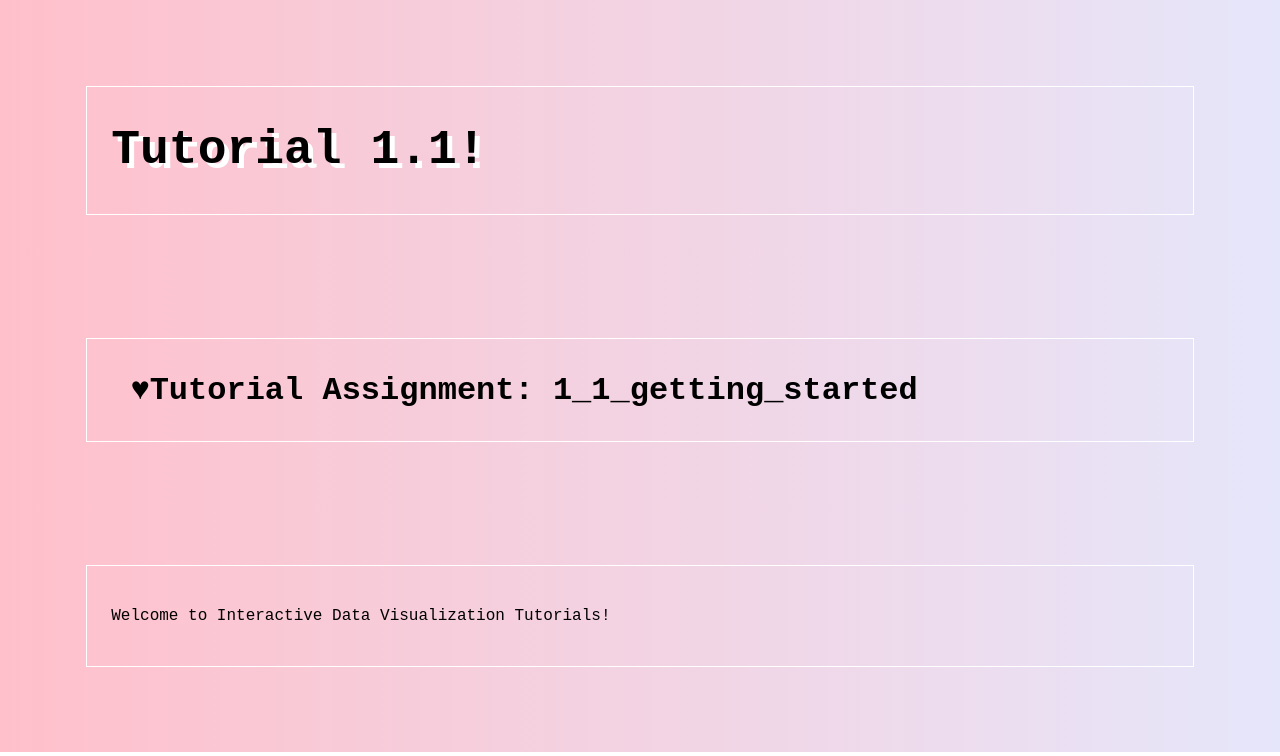
Repository: lisjak/Interactive-Data-Vis-Fall2022
Page: 1_1_getting_started/index.html
These files come from the project's save history. The page is drawn as it stood at one moment and after a run of saves; the edit follows.
The browser window is 1280 px wide. The pictures show the whole page.
Some web fonts or font styles are not loaded; a fallback is used.

Above is the page before, as saved 2022-09-04 21:55:21.

### 1_1_getting_started/index.html
<!DOCTYPE html>

<head>
    <meta charset="utf-8">

    <title>Interactive Data Visualization Tutorial</title>

    <link rel="stylesheet" href="https://fonts.googleapis.com/css?family=Source+Sans+Pro">

    <link href="https://fonts.googleapis.com/css2?family=Azeret+Mono&display=swap" rel="stylesheet">

    <link rel="stylesheet" href="./style.css">
</head>

<body>
    <div>
        <h1>Tutorial 1.1!</h1>
    </div>
    <div>
        <h3> &#65039; &hearts;Tutorial Assignment: 1_1_getting_started </h3>
    </div>
    <div>
        <p>Welcome to Interactive Data Visualization Tutorials! </p>
    </div>
</body>

</html>

### 1_1_getting_started/style.css
body {
    background-image: linear-gradient(to right, pink, lavender);
    font-family: 'Azeret Mono', monospace;
    font-size: 16px;
    padding: 1em;
    display: flex;
    flex-direction: column;
}

div {
    /* min-width: 100%; */
    align-items: center;
    justify-content: center;
    border: 1px solid white;
    padding: 2%;
    margin: 5%;
}

h1 {
    font-size: 3em;
    margin: 0.25em 0;
    text-shadow: 5px 5px 0px white;
}

h3 {
    font-size: 2em;
    margin: 0.25em 0;
}

p {
    font-size: 1em;
    color: black;
}

After the next 2 saves:
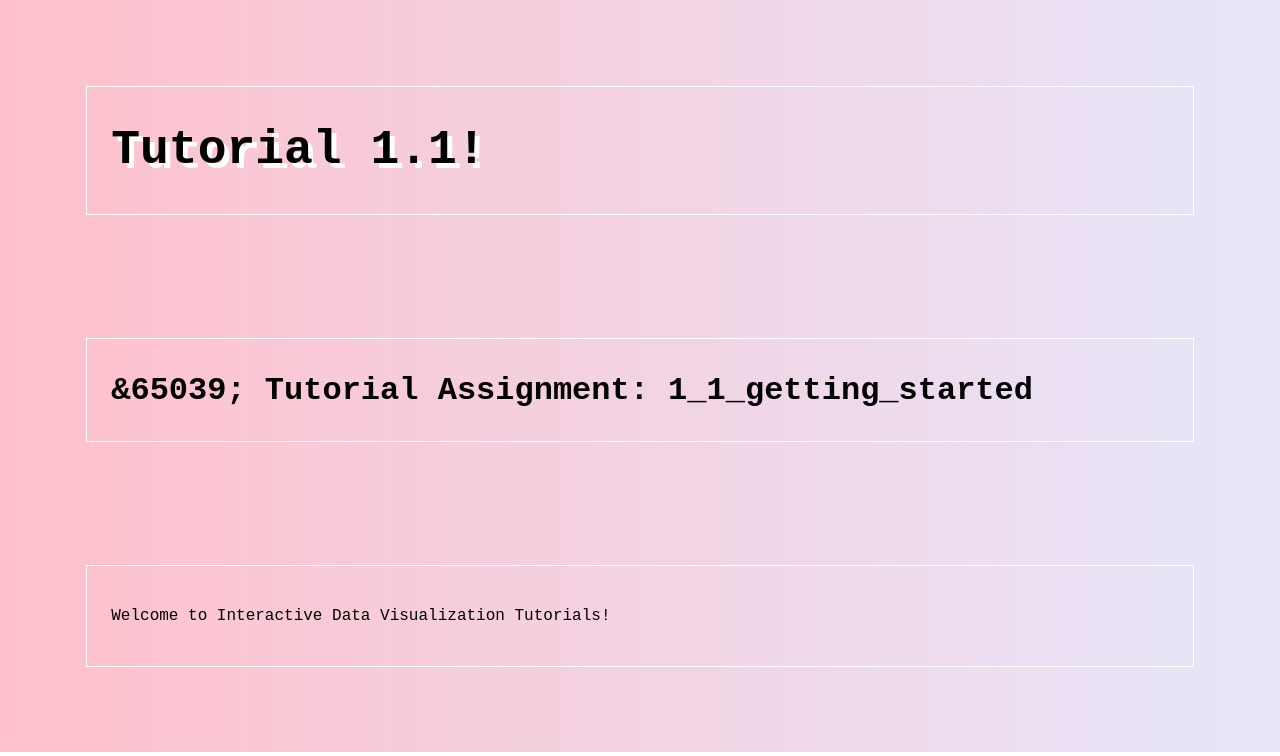
The 2 saves are shown as one change because they came seconds apart.
The last was saved 7 s later.
--- a/1_1_getting_started/index.html
+++ b/1_1_getting_started/index.html
@@ -17,7 +17,7 @@
         <h1>Tutorial 1.1!</h1>
     </div>
     <div>
-        <h3> &#65039; &hearts;Tutorial Assignment: 1_1_getting_started </h3>
+        <h3> &65039; Tutorial Assignment: 1_1_getting_started </h3>
     </div>
     <div>
         <p>Welcome to Interactive Data Visualization Tutorials! </p>
